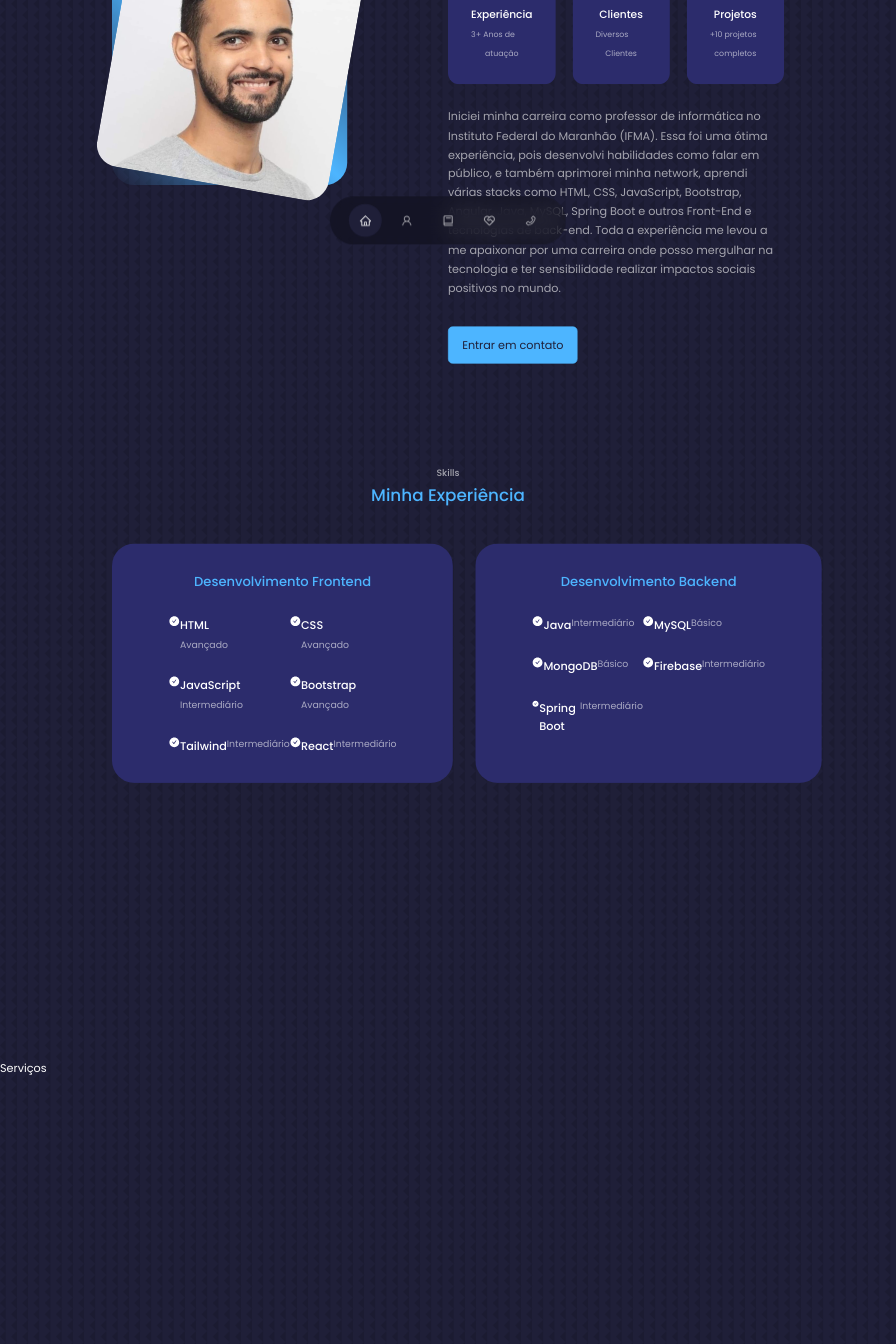
Repository: Mardoqueu/react-portfolio-website
Page: /
An editor plug-in stored every save of this project. The page is shown before and after a run of saves, followed by the edit.
The browser window is 1280 px wide. The pictures show the part of the page from y = 339 to 2259 px (the page is 5142 px tall), at 70% of full size.
The project was rebuilt for these pictures with package versions that can differ from the ones it lists, and the page was loaded fresh each time. Also part of the build but not shown: src/components/header/header.css, src/components/services/services.css, src/components/portfolio/portfolio.css, src/components/testimonials/testimonials.css, src/components/contact/contact.css, src/components/footer/footer.css.

Above is the page before, as saved 2022-10-23 10:20:21.

### src/index.js
import ReactDom from 'react-dom';
import App from './App';
import './index.css';

ReactDom.render(<App/>, document.querySelector("#root"));

### src/App.jsx
import React from 'react'
import Header from './components/header/Header'
import Nav from './components/nav/Nav'
import About from './components/about/About'
import Experience from './components/experience/Experience'
import Services from './components/services/Services'
import Portfolio from './components/portfolio/Portfolio'
import Testimonials from './components/testimonials/Testimonials'
import Contact from './components/contact/Contact'
import Footer from './components/footer/Footer'


export const App = () => {
  return (
    <>
        <Header/>
        <Nav/>
        <About/>
        <Experience/>
        <Services/>
        <Portfolio/>
        <Testimonials/>
        <Contact/>
        <Footer/>
    </>
  )
}

export default App

### src/index.css
@import url('https://fonts.googleapis.com/css2?family=Poppins:wght@300;400;500;600&display=swap');

* {
    margin: 0;
    padding: 0;
    border: 0;
    outline: 0;
    box-sizing: border-box;
    list-style: none;
    text-decoration: none;
}

:root{
    --color-bg: #1f1f38;
    --color-bg-variant: #2c2c6c;
    --color-primary: #4db5ff;
    --color-primary-variant: rgba(77, 181, 255, 0.4);
    --color-white: #fff;
    --color-light: rgba(255, 255, 255, 0.6);

    --transition: all 400ms ease;

    --container-width-lg: 75%;
    --container-width-md: 86%;
    --container-width-sm: 90%;
}

html{
    scroll-behavior: smooth;
}

::-webkit-scrollbar{
    display: none;
}

body {
    font-family: 'Poppins', sans-serif;
    background: var(--color-bg);
    color: var(--color-white);
    line-height: 1.7;
    background-image: url(../src/assets/bg-texture.png);
}

/* ============== General Styles ============== */
.container {
    width: var(--container-width-lg);
    margin: 0 auto;
}

h1,
h2,
h3,
h4,
h5 {
    font-weight: 500;
}

h1{
    font-size: 2.5rem;
}

section{
    margin-top: 8rem;
    height: 100vh;
}

section > h2, section > h5{
    text-align: center;
    color: var(--color-light);
}

section > h2 {
    color: var(--color-primary);
    margin-bottom: 3rem;
}

.text-light {
    color:var(--color-light);
}

a{
    color: var(--color-primary);
    transition: var(--transition);
}

a:hover{
    color: var(--color-white);
}

.btn{
    width: max-content;
    display: inline-block;
    color: var(--color-primary);
    padding: 0.75rem 1.2rem;
    border-radius: 0.4rem;
    cursor: pointer;
    border: 1px solid var(--color-primary);
    transition: var(--transition);
}

.btn:hover{
    background: var(--color-white);
    color: var(--color-bg);
    border-color: transparent;
}

.btn-primary{
    background: var(--color-primary);
    color: var(--color-bg);
}

img{
    display: block;
    width: 100%;
    justify-content: center;
    object-fit: cover;
}

/* ================ MEDIA QUERIES (MEDIUM DEVICES) ================ */
@media screen and (max-width: 1024px){
    .container{
        width: var(--container-width-md);
    }

    section {
        margin-top: 6rem;
    }
}

/* ================ MEDIA QUERIES (SMALL DEVICES) ================ */
@media screen and (max-width: 600px){
    .container{
        width: var(--container-width-sm);
    }

    section > h2 {
        margin-bottom: 2rem;
    }
}

### src/components/header/Header.jsx
import React from 'react'
import './header.css'
const header = () => {
  return (
    <div>header</div>
  )
}

export default header

### src/components/nav/Nav.jsx
import React from 'react'
import "./nav.css"
import {AiOutlineHome} from 'react-icons/ai'
import {AiOutlineUser} from 'react-icons/ai'
import {BiBook} from 'react-icons/bi'
import {RiServiceLine} from 'react-icons/ri'
import {AiOutlinePhone} from 'react-icons/ai'
import { useState } from 'react'

const Nav = () => {
  const [activeNav, setActiveNav] = useState('#');
  return (
    <nav>
      <a href="#" onClick={() => setActiveNav('#')} class={activeNav === '#' ? 'active' : ''}><AiOutlineHome/></a>
      <a href="#about" onClick={() => setActiveNav('#about')} class={activeNav === '#about' ? 'active' : ''}><AiOutlineUser/></a>
      <a href="#experience"  onClick={() => setActiveNav('#experience')} class={activeNav === '#experience' ? 'active' : ''}><BiBook/></a>
      <a href="#services" onClick={() => setActiveNav('#services')} class={activeNav === '#services' ? 'active' : ''}><RiServiceLine/></a>
      <a href="#contact" onClick={() => setActiveNav('#contact')} class={activeNav === '#contact' ? 'active' : ''}><AiOutlinePhone/></a>

    </nav>
  )
}

export default Nav

### src/components/about/About.jsx
import React from 'react'
import './about.css';
import ME from '../../assets/me-about.jpg'
import {FaAward} from 'react-icons/fa'
import {FiUsers} from 'react-icons/fi'
import {VscFolderLibrary} from 'react-icons/vsc'


const About = () => {
  return (
    <section id='about'>
      <h5>Venha me conhecer</h5>
      <h2>Sobre mim</h2>


      <div className='container about__container'>
        <div className='about__me'>
              <div className='about__me-image'>
                <img src={ME} alt="About"></img>
              </div>
          </div>

          <div className='about__content'>
              <div className='about__cards'>
                <article className='about__card'>
                  <FaAward className='about__icon'/>
                  <h5>Experiência</h5>
                  <small>3+ Anos de atuação</small>
                </article>

                <article className='about__card'>
                  <FiUsers className='about__icon'/>
                  <h5>Clientes</h5>
                  <small>Diversos Clientes</small>
                </article>

                <article className='about__card'>
                  <VscFolderLibrary className='about__icon'/>
                  <h5>Projetos</h5>
                  <small>+10 projetos completos</small>
                </article>
              </div>

              <p>
              Iniciei minha carreira como professor de informática no Instituto Federal do Maranhão (IFMA). Essa foi uma ótima experiência, pois desenvolvi habilidades como falar em público, e também aprimorei minha network, aprendi várias stacks como HTML, CSS, JavaScript, Bootstrap, Angular, Java, MySQL, Spring Boot e outros Front-End e tecnologias de back-end. Toda a experiência me levou a me apaixonar por uma carreira onde posso mergulhar na tecnologia e ter sensibilidade realizar impactos sociais positivos no mundo.
              </p>

              <a href='#contact' className='btn btn-primary'>Entrar em contato</a>
          </div>
      </div>
    </section>
  )
}

export default About

### src/components/experience/Experience.jsx
import React from 'react'
import './experience.css'
import {AiFillCheckCircle} from 'react-icons/ai'
const Experience = () => {
  return (
    <section id='experience'>
      <h5>Skills</h5>
      <h2>Minha Experiência</h2>

      <div className='container experience__container'>
          <div className='experience__frontend'>
            <h3>Desenvolvimento Frontend</h3>
            <div className='experience__content'>
              <article className='experience__details'>
                <AiFillCheckCircle/>
                <div>
                  <h4>HTML</h4>
                  <small className='text-light'>Avançado</small>
                </div>
              </article>
              <article className='experience__details'>
                <AiFillCheckCircle/>
                <div>
                  <h4>CSS</h4>
                  <small className='text-light'>Avançado</small>
                </div>
              </article>
              <article className='experience__details'>
                <AiFillCheckCircle/>
                <div>
                  <h4>JavaScript</h4>
                  <small className='text-light'>Intermediário</small>
                </div>
              </article>
              <article className='experience__details'>
                <AiFillCheckCircle/>
                <div>
                  <h4>Bootstrap</h4>
                  <small className='text-light'>Avançado</small>
                </div>
              </article>
              <article className='experience__details'>
                <AiFillCheckCircle/>
                <h4>Tailwind</h4>
                <small className='text-light'>Intermediário</small>
              </article>
              <article className='experience__details'>
                <AiFillCheckCircle/>
                <h4>React</h4>
                <small className='text-light'>Intermediário</small>
              </article>
            </div>
          </div>
          {/*End of Frontend*/}

          <div className='experience__backend'>
            <h3>Desenvolvimento Backend</h3>
            <div className='experience__content'>
              <article className='experience__details'>
                <AiFillCheckCircle/>
                <h4>Java</h4>
                <small className='text-light'>Intermediário</small>
              </article>
              <article className='experience__details'>
                <AiFillCheckCircle/>
                <h4>MySQL</h4>
                <small className='text-light'>Básico</small>
              </article>
              <article className='experience__details'>
                <AiFillCheckCircle/>
                <h4>MongoDB</h4>
                <small className='text-light'>Básico</small>
              </article>
              <article className='experience__details'>
                <AiFillCheckCircle/>
                <h4>Firebase</h4>
                <small className='text-light'>Intermediário</small>
              </article>
              <article className='experience__details'>
                <AiFillCheckCircle/>
                <h4>Spring Boot</h4>
                <small className='text-light'>Intermediário</small>
              </article>
            </div>
          </div>

        </div>
    </section>
  )
}

export default Experience

### src/components/services/Services.jsx
import React from 'react'
import './services.css'
const Services = () => {
  return (
    <section id='services'>Serviços</section>
  )
}

export default Services

### src/components/portfolio/Portfolio.jsx
import React from 'react'
import './portfolio.css'
const Portfolio = () => {
  return (
    <section id='portfolio'>Portifólio</section>
  )
}

export default Portfolio

### src/components/testimonials/Testimonials.jsx
import React from 'react'
import './testimonials.css'
const Testimonials = () => {
  return (
    <section id='testimonials'>Recomendações</section>
  )
}

export default Testimonials

### src/components/footer/Footer.jsx
import React from 'react'
import './footer.css';
const Nav = () => {
  return (
    <div>Footer</div>
  )
}

export default Nav

### src/components/nav/nav.css
nav{
    background: rgb(0, 0, 0, 0.3);
    width: max-content;
    display: block;
    padding: 0.7rem 1.7rem;
    z-index: 2;
    position: fixed;
    left: 50%;
    transform: translateX(-50%);
    bottom: 2rem;
    display: flex;
    gap: 0.8rem;
    border-radius: 3rem;
    backdrop-filter: blur(15px);
}

nav a {
    background: transparent;
    padding: 0.9rem;
    border-radius: 50%;
    display: flex;
    color: var(--color-light);
    font-size: 1.1rem;
}

nav a:hover{
    background: var(--color-light);
}

nav a.active {
    background: var(--color-bg);
    color: var(--color-white);
}

### src/components/about/about.css
.about__container{
    display: grid;
    grid-template-columns: 35% 50%;
    gap: 15%;
}

.about__me{
    width: 100%;
    aspect-ratio: 1/1;
    border-radius: 2rem;
    background: linear-gradient(
        45deg,
        transparent,
        var(--color-primary),
        transparent
    );
    display: grid;
    place-items: center;

}
.about__me-image{
    border-radius: 2rem;
    overflow: hidden;
    transform: rotate(10deg);
    transition: var(--transition);
}

.about__me-image:hover{
    transform: rotate(0deg);
}

.about__cards {
    display: grid;
    grid-template-columns: repeat(3, 1fr);
    gap: 1.5rem;
}

.about__card{
    background: var(--color-bg-variant);
    border: 1px solid transparent;
    border-radius: 1rem;
    padding: 2rem;
    text-align-last: center;
    transform: var(--transition);
}

.about__card:hover{
    background: transparent;
    border-color: var(--color-primary-variant);
    cursor: default;
}

.about__icon {
    color: var(--color-primary);
    font-size: 1.4rem;
    margin-bottom: 1rem;
}

.about__card h5 {
    font-size: 0.95rem;
}


.about__card small {
    font-size: 0.7rem;
    color: var(--color-light)
}

.about__content p{
    margin: 2rem 0 2.6rem;
    color: var(--color-light);
}

/* ================ MEDIA QUERIES (MEDIUM DEVICES) ================ */
@media screen and (max-width: 1024px){
    .about__container{
        grid-template-columns: 1fr;
        gap: 0;
    }

    .about__me{
        width: 50%;
        margin: 2rem auto 4rem;
    }

    .about__content p {
        margin: 1rem 0 1.5rem;
    }
}

/* ================ MEDIA QUERIES (SMALL DEVICES) ================ */
@media screen and (max-width: 600px){
    .about__me {
        width: 65%;
        margin: 0 auto 3rem;
    }

    .about__cards{
        grid-template-columns: 1fr 1fr;
        gap: 1rem;
    }

    .about__content{
        text-align: center;
    }

    .about__content p{
        margin: 1.5rem 0;
    }
}

### src/components/experience/experience.css
.experience__container{
    display: grid;
    grid-template-columns: 1fr 1fr;
    gap: 2rem;
}

.experience__container > div {
    background: var(--color-bg-variant);
    padding: 2.4rem 5rem;
    border-radius: 2rem;
    border: 1px solid transparent;
    transition: var(--transition);
}

.experience__container > div:hover{
    background: transparent;
    border-color: var(--color-primary-variant);
    cursor: default;
}

.experience__container > div h3{
    text-align: center;
    margin-bottom: 2rem;
    color: var(--color-primary);
}

.experience__content{
    display: grid;
    grid-template-columns: 1fr 1fr;
    row-gap: 2rem;
}

.experience__details {
    display: flex;

}

Loaded but not shown: public/index.html (common file); src/components/contact/Contact.jsx (common file); src/components/services/services.css (no copy from this time; the picture is the same without it)

After the next 10 saves:
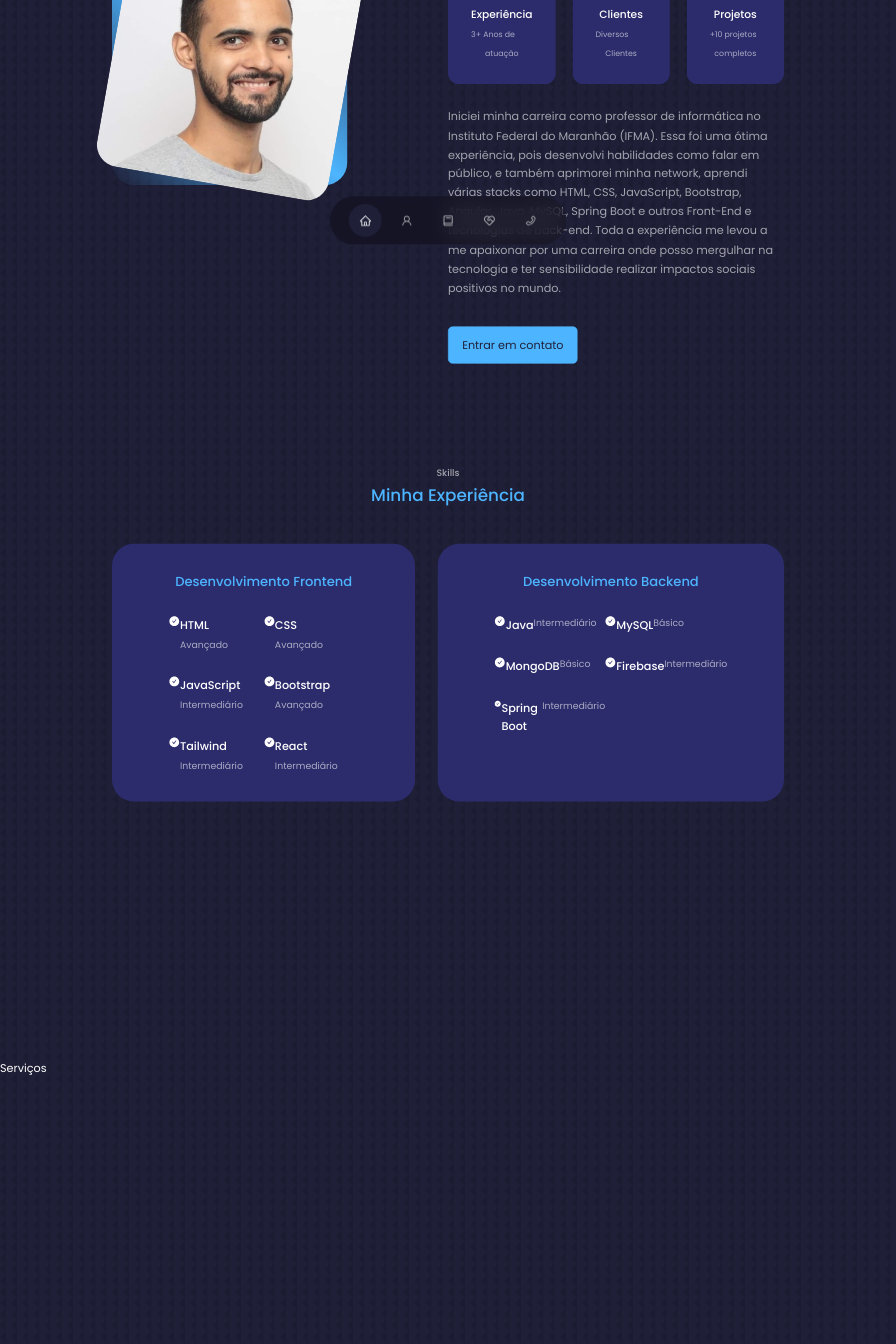
The 10 saves are shown as one change because they came seconds apart.
The last was saved 23 s later.
--- a/src/components/experience/Experience.jsx
+++ b/src/components/experience/Experience.jsx
@@ -41,13 +41,17 @@
               </article>
               <article className='experience__details'>
                 <AiFillCheckCircle/>
-                <h4>Tailwind</h4>
-                <small className='text-light'>Intermediário</small>
+                <div>
+                  <h4>Tailwind</h4>
+                  <small className='text-light'>Intermediário</small>
+                </div>
               </article>
               <article className='experience__details'>
                 <AiFillCheckCircle/>
-                <h4>React</h4>
-                <small className='text-light'>Intermediário</small>
+                <div>
+                  <h4>React</h4>
+                  <small className='text-light'>Intermediário</small>
+                </div>
               </article>
             </div>
           </div>
